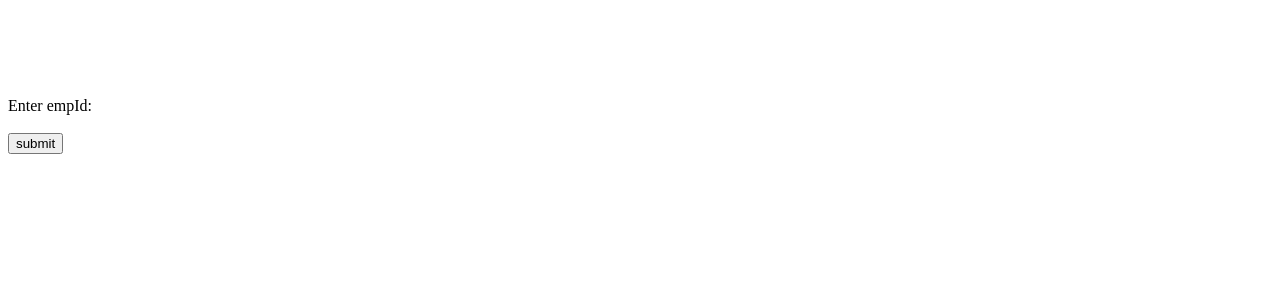
Repository: NithishKaranam/Get-commands
Page: DemoServlet/src/main/webapp/fetch.html
The author's editor kept a copy of each file at every save. The page is drawn from the files as they stood at one save, then again after the next save.
The browser window is 1280 px wide. The pictures show the whole page.

Above is the page before, as saved 2024-02-08 10:49:56.

After the next save:
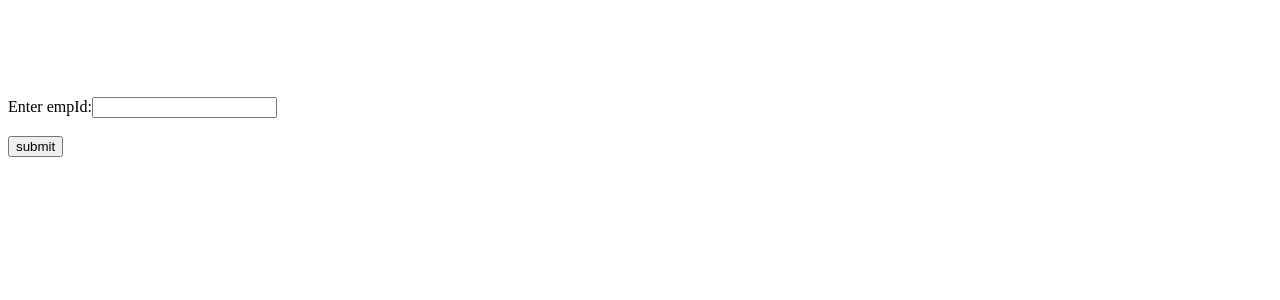
Saved 13 min 21 s later.
--- a/DemoServlet/src/main/webapp/fetch.html
+++ b/DemoServlet/src/main/webapp/fetch.html
@@ -7,7 +7,7 @@
 <body>
 <marquee><h2>welcome to fetch.html</h2></marquee>
 <br><br>
-Enter empId:<inputype="text" name="name">
+Enter empId:<input type="text" name="name">
 <br><br>
 <input type="submit" value="submit">
 </body>
